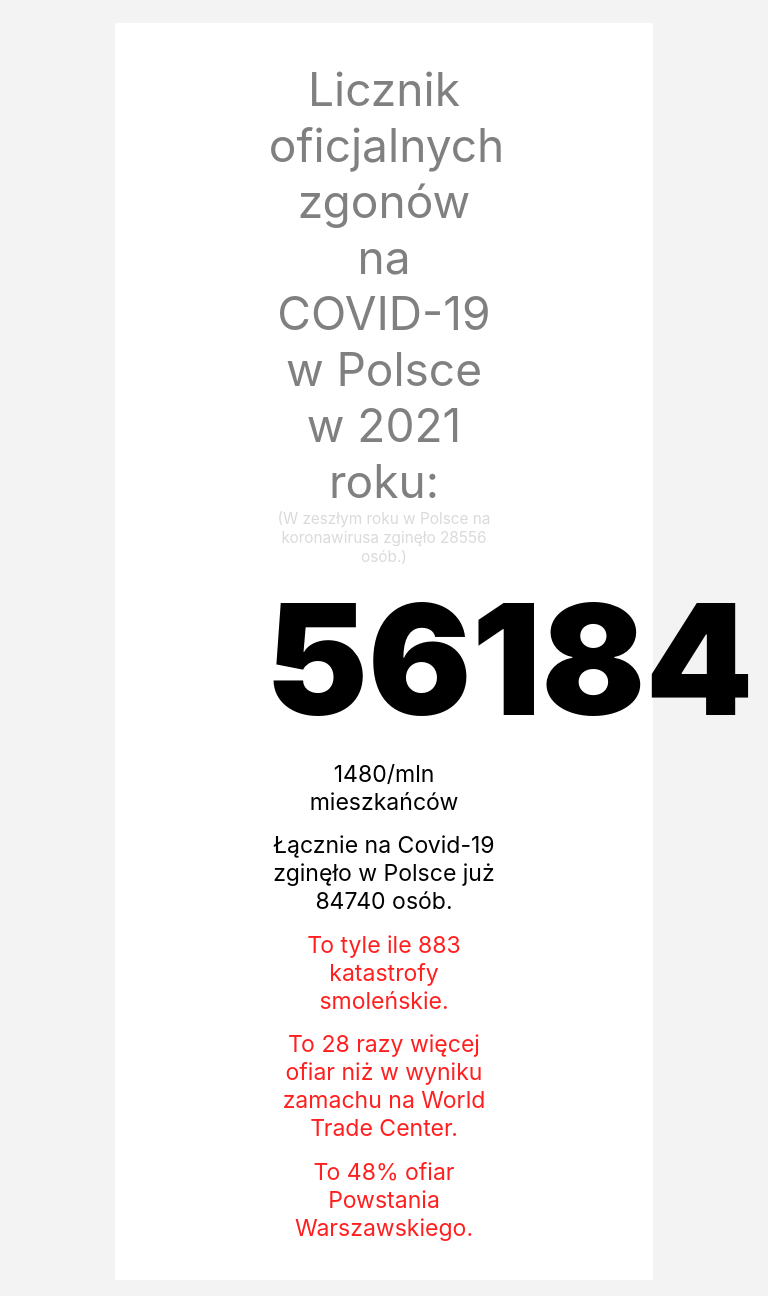
Repository: michalgornicki/poland-covid
Page: /
The author's editor kept a copy of each file at every save. The page is drawn from the files as they stood at one save, then again after a run of saves.
The browser window is 768 px wide. The pictures show the whole page.
The project was rebuilt for these pictures with package versions that can differ from the ones it lists, and the page was loaded fresh each time.

Above is the page before, as saved 2021-12-04 19:51:46.

### src/App.jsx
import React, { useEffect } from "react";
import "./App.css";

function App() {
  const startTime = () => {
    const date = new Date();
    let miliseconds = date.getTime();
    let seconds = Math.round(miliseconds / 1000);
    let thisYearSeconds = Math.round(seconds - 1609401600);
    let deaths = Math.round(thisYearSeconds * 0.00192110763);
    let allDeaths = deaths + 28556;
    let smolensk = Math.round(allDeaths / 96);
    let tradeCenter = Math.round(allDeaths / 2977);
    let uprising = (allDeaths / 175000).toFixed(2) * 100;


    document.getElementsByClassName("counter")[0].innerHTML = deaths;
    let deathsPerMillion = Math.round(deaths / 37.95);
    document.getElementsByClassName("counter-2")[0].innerHTML =
      deathsPerMillion + "/mln mieszkańców";
    document.getElementsByClassName("counter-3")[0].innerHTML =
      "Łącznie na Covid-19 zginęło w Polsce już " + (deaths + 28556) + " osób.";
    document.getElementsByClassName("counter-4")[0].innerHTML =
      "To tyle ile " + smolensk + " katastrofy smoleńskie.";
      document.getElementsByClassName("counter-4")[1].innerHTML =
      "To " + tradeCenter + " razy więcej ofiar niż w wyniku zamachu na World Trade Center.";
      document.getElementsByClassName("counter-4")[2].innerHTML =
      "To " + uprising + "%" + " ofiar Powstania Warszawskiego.";

    setTimeout(startTime, 1000);
  };

  useEffect(() => {
    startTime();
  });

  return (
    <p>
      <div className="text-container">
        <div className="header">
          Licznik oficjalnych zgonów na COVID-19 w Polsce w 2021 roku:
        </div>
        <div className="header-2">
          (W zeszłym roku w Polsce na koronawirusa zginęło 28556 osób.)
        </div>
        <div className="counter">{""}</div>
        <div className="counter-2">{""}</div>
        <div className="counter-3"></div>
        <div className="counter-4"></div>
        <div className="counter-4"></div>
        <div className="counter-4"></div>
      </div>
    </p>
  );
}

export default App;

### src/App.css
body{
    background-color: rgb(243, 243, 243);
}

.text-container{
    display: block;
    margin: auto;
    margin-top: 3%;
    background-color: white;
    width: 60%;
    padding: 5vmin;
}

.header{
    font-size: 6vmin;
    display: block;
    margin: auto;
    width: 50%;
    text-align: center;
    color: gray;
}

.header-2{
    font-size: 2vmin;
    display: block;
    margin: auto;
    width: 50%;
    text-align: center;
    color: rgb(218, 218, 218);
}

.counter{
    font-size: 20vmin;
    font-weight: 900;
    display: block;
    margin: auto;
    width: 50%;
    text-align: center;
    color: rgb(0, 0, 0);
}

.counter-2{
    font-size: 3vmin;
    display: block;
    margin: auto;
    margin-top: 1vmin;
    width: 50%;
    text-align: center;
}

.counter-3{
    font-size: 3vmin;
    display: block;
    margin: auto;
    margin-top: 2vmin;
    width: 50%;
    text-align: center;
    color: rgb(0, 0, 0);
}

.counter-4{
    font-size: 3vmin;
    display: block;
    margin: auto;
    margin-top: 2vmin;
    width: 50%;
    text-align: center;
    color: rgb(255, 31, 31);
}

@media only screen and (max-width: 800px) {

}

Loaded but not shown: public/index.html (common file); src/index.js (common file); src/index.css (common file); src/reportWebVitals.js (common file)

After the next 3 saves:
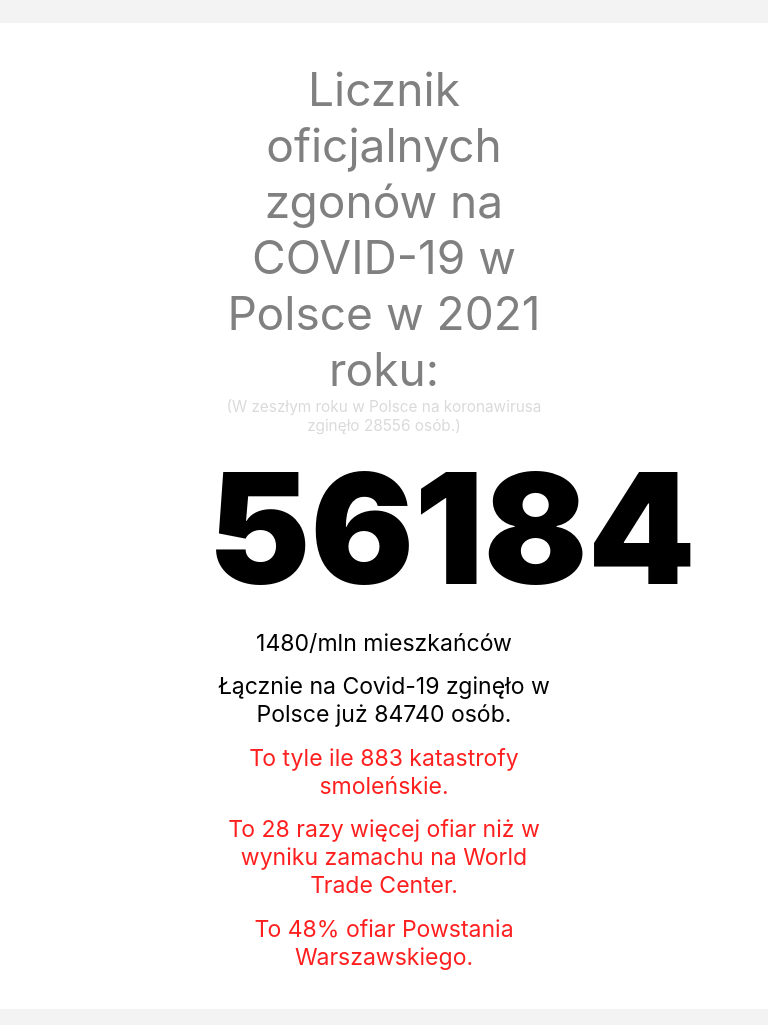
The 3 saves are shown as one change because they came seconds apart.
The last was saved 14 s later.
--- a/src/App.css
+++ b/src/App.css
@@ -70,4 +70,12 @@ body{
 
 @media only screen and (max-width: 800px) {
 
+    .text-container{
+        display: block;
+        margin: auto;
+        margin-top: 3%;
+        background-color: white;
+        width: 90%;
+        padding: 5vmin;
+    }
 }
